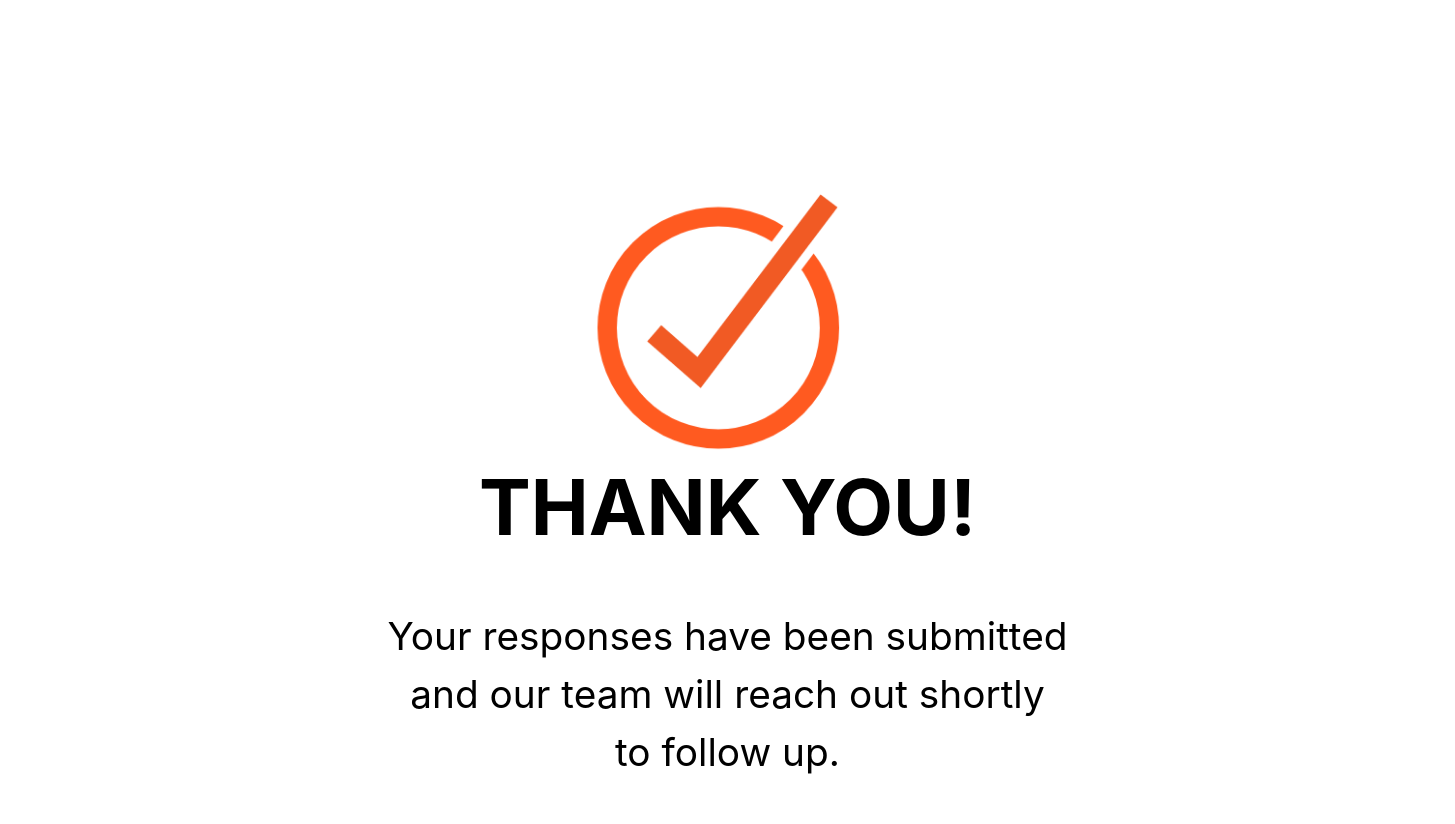
Repository: legenddev1202/whyclicktv
Page: /success
The author's editor kept a copy of each file at every save. The page is drawn from the files as they stood at one save, then again after the next save.
The browser window is 1280 px wide. The page is 1500 px wide, so the pictures cover 1500 px, including what lies to the right of the window. The pictures show the whole page, at 97% of full size.
The project was rebuilt for these pictures with package versions that can differ from the ones it lists, and the page was loaded fresh each time. Also part of the build but not shown: src/App.css, src/pages/home.js, src/pages/about.js, src/pages/contact.js, src/pages/partners.js, src/pages/referral.js.

Above is the page before, as saved 2022-04-27 18:28:17.

After the next save:
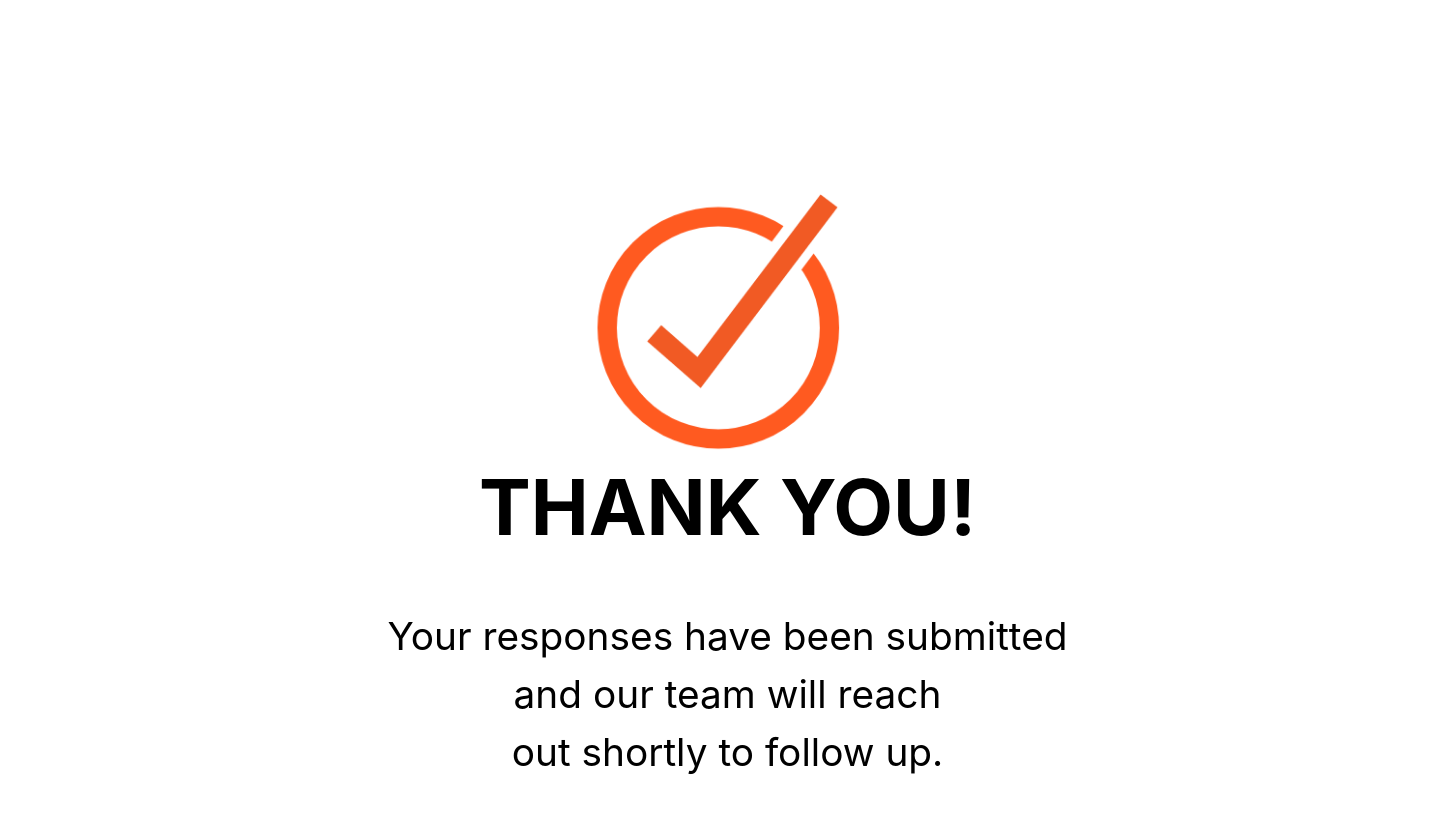
Saved 15 s later.
--- a/src/pages/success.js
+++ b/src/pages/success.js
@@ -16,9 +16,8 @@ function Success() {
       </div>
       <div style={{ fontSize: 80, fontWeight: "bold" }}>THANK YOU!</div>
       <div style={{ fontSize: 40, textAlign: "center", padding: "43px 25px" }}>
-        Your responses have been submitted and our team will reach out shortly{" "}
-        <br />
-        to follow up.
+        Your responses have been submitted and our team will reach
+        <br /> out shortly to follow up.
       </div>
     </div>
   );
